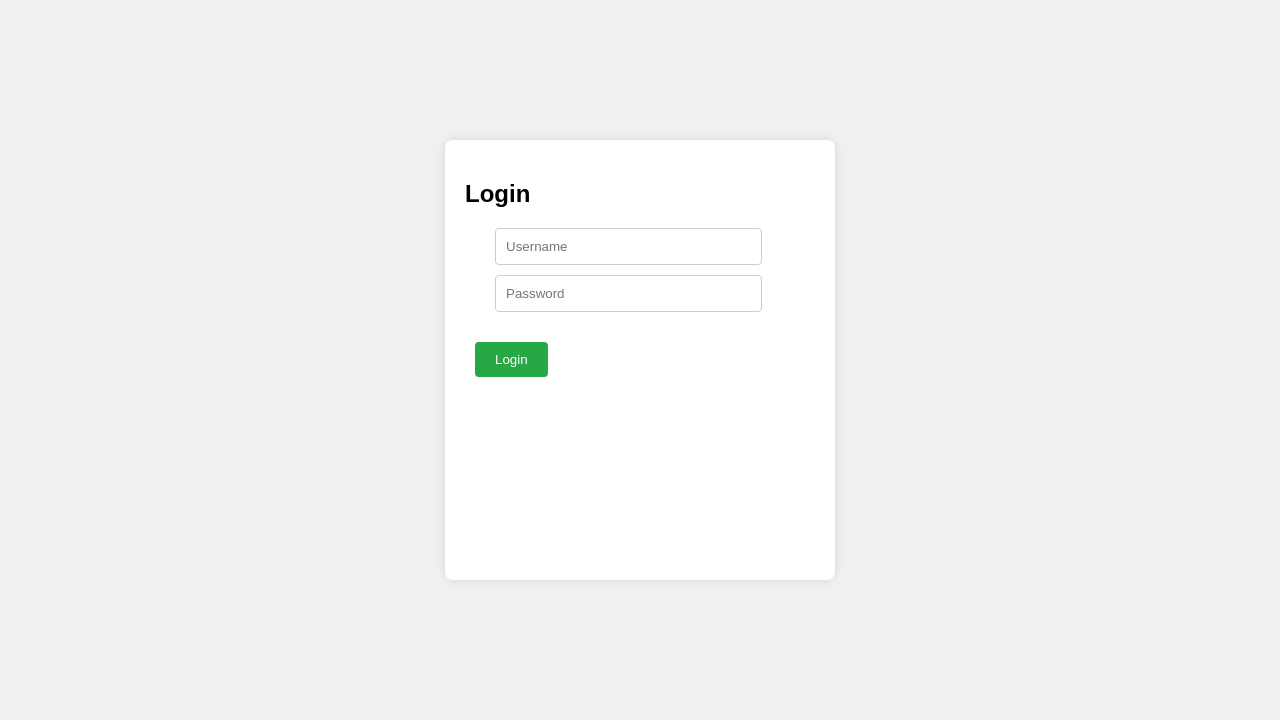
Repository: Anadi-Chauhan/Mentorship-binarybuddy
Page: login.html
The author's editor kept a copy of each file at every save. The page is drawn from the files as they stood at one save, then again after the next save.
The browser window is 1280 px wide. The pictures show the whole page.

Above is the page before, as saved 2024-10-19 10:13:32.

After the next save:
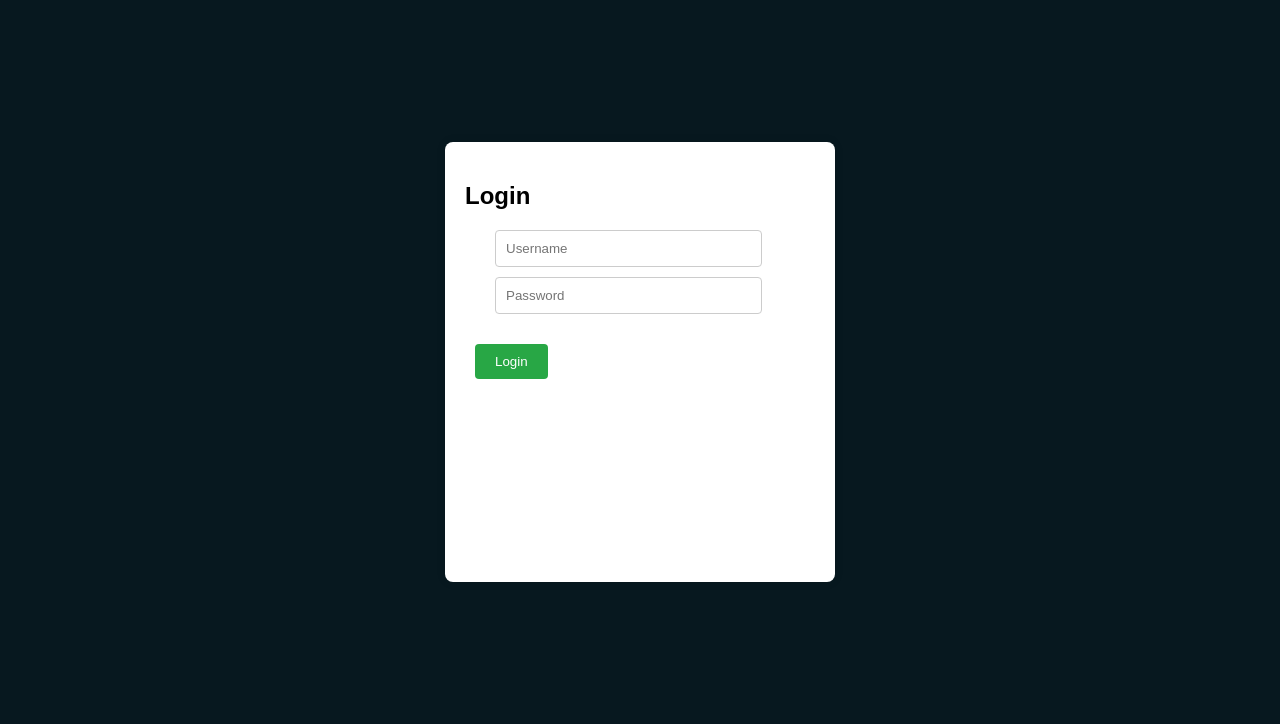
Saved 109 s later.
--- a/login.css
+++ b/login.css
@@ -6,6 +6,8 @@ body {
     height: 100vh;
     background-color: #f0f0f0;
     margin: 0;
+    border: 2px solid color(srgb 0.0264 0.0958 0.1204);
+    background-color: color(srgb 0.0264 0.0958 0.1204);
 }
 
 .container {
